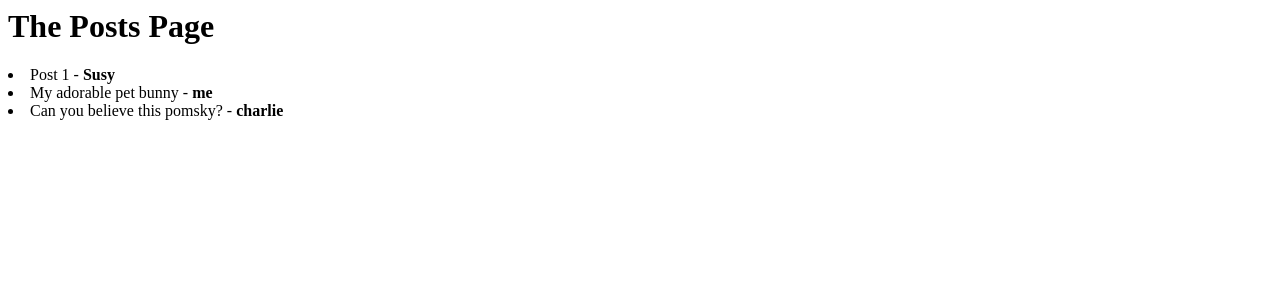
Repository: ZhenyuanBo/Web-Development-Boot-Camp
Page: http://localhost/posts
The author's editor kept a record of every edit. The page is drawn from the files as they stood at one moment, then again after the next edit.
The browser window is 1280 px wide. The pictures show the whole page.
The page is served by the project's Node server (MoreExpress/EJSDemo/EJSDemo.js).

Above is the page before.

### webdevbootcamp_Cloud9/workspace/MoreExpress/EJSDemo/views/posts.ejs




<h1>The Posts Page</h1>

<% for(var i=0; i<posts.length; i++){ %>
    <li>
        <%= posts[i].title %> - <strong><%= posts[i].author %></strong>
    </li>
<% } %>

### webdevbootcamp_Cloud9/workspace/MoreExpress/EJSDemo/EJSDemo.js
var express = require('express');
var app = express();

//tell the system that server public as a default folder
app.use(express.static("public"));
//set ejs so that page being rendered doesn't need have ejs at the end
app.set("view engine", "ejs");


app.get("/", function(req, res){
    res.render("home");
});

app.get("/fallinlovewith/:thing", function(req, res){
    var thing = req.params.thing;
    res.render("love", {thingVar: thing.toUpperCase()});
});

app.get("/posts", function(req, res){
    var posts = [
        {title: "Post 1", author: "Susy"},
        {title: "My adorable pet bunny", author: "me"},
        {title: "Can you believe this pomsky?", author: "charlie"},
        ];
    res.render("posts", {posts: posts});
});

app.listen(process.env.PORT, process.env.IP, function(){
    console.log("Server has started!");
});

### webdevbootcamp_Cloud9/workspace/MoreExpress/EJSDemo/public/EJSDemo.css
body{
    color: purple;
    background: yellow;
}

After the next edit:
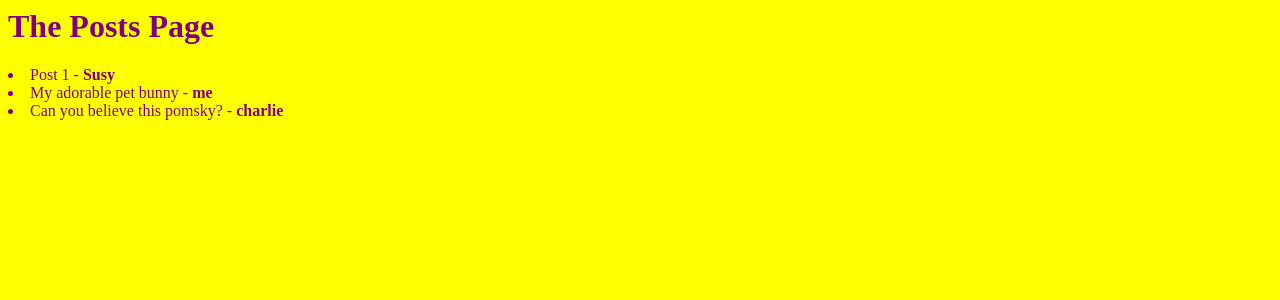
The edit:
--- a/webdevbootcamp_Cloud9/workspace/MoreExpress/EJSDemo/views/posts.ejs
+++ b/webdevbootcamp_Cloud9/workspace/MoreExpress/EJSDemo/views/posts.ejs
@@ -1,6 +1,4 @@
-
-
-
+<link rel="stylesheet" href="EJSDemo.css"></link>
 
 <h1>The Posts Page</h1>
 
